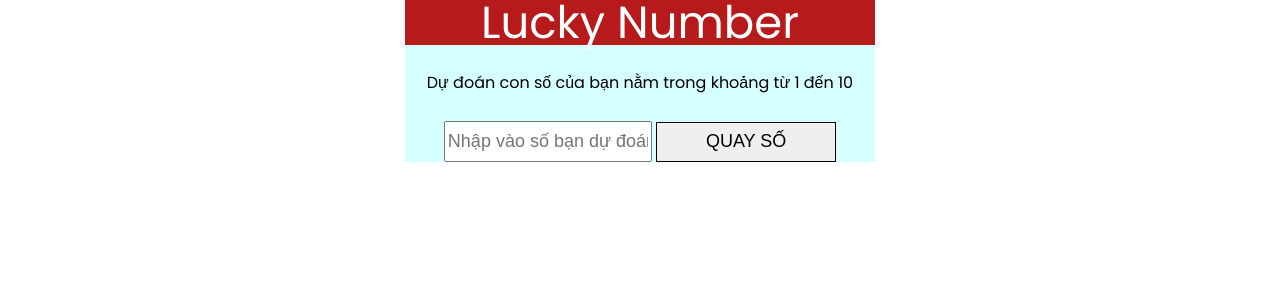
Repository: whis16720/PhuNguyen-C4EJS-D15
Page: index.html
An editor plug-in stored every save of this project. The page is shown before and after the next save, followed by the edit.
The browser window is 1280 px wide. The pictures show the whole page.
The style sheet was rebuilt from its Sass, Less or Tailwind sources for each picture, by a compiler version that may differ from the author's.

Above is the page before, as saved 2020-09-22 19:51:53.

After the next save:
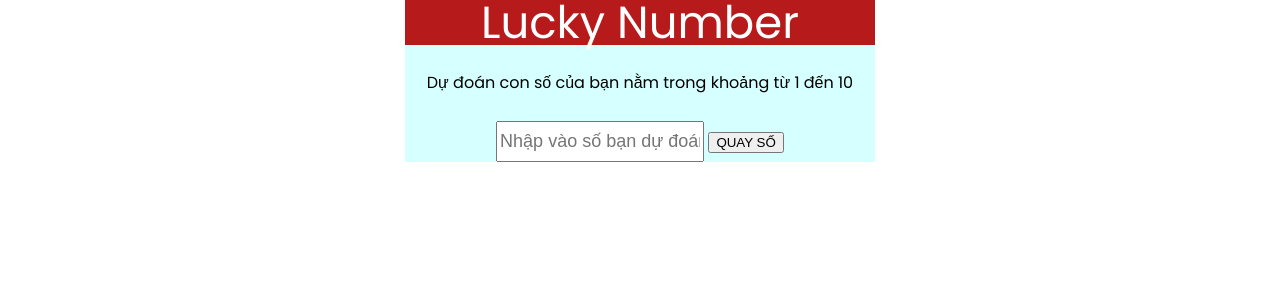
Saved 33 s later.
--- a/style.scss
+++ b/style.scss
@@ -22,6 +22,7 @@
     height: 35px;
     font-size: 18px;
   }
+  &__input
   &__btn {
     border: 1px solid black;
     width: 180px;

After the save that followed:
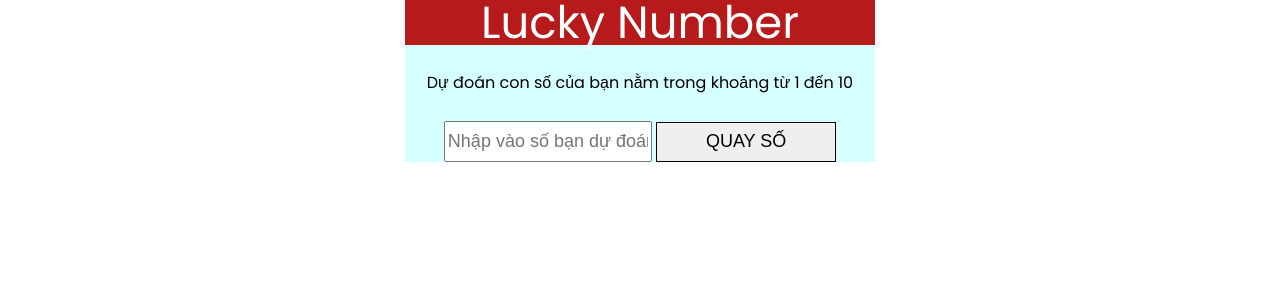
Saved 8 s later.
--- a/style.scss
+++ b/style.scss
@@ -22,7 +22,9 @@
     height: 35px;
     font-size: 18px;
   }
-  &__input
+  &__input:focus {
+	  outline: none;
+  }
   &__btn {
     border: 1px solid black;
     width: 180px;
